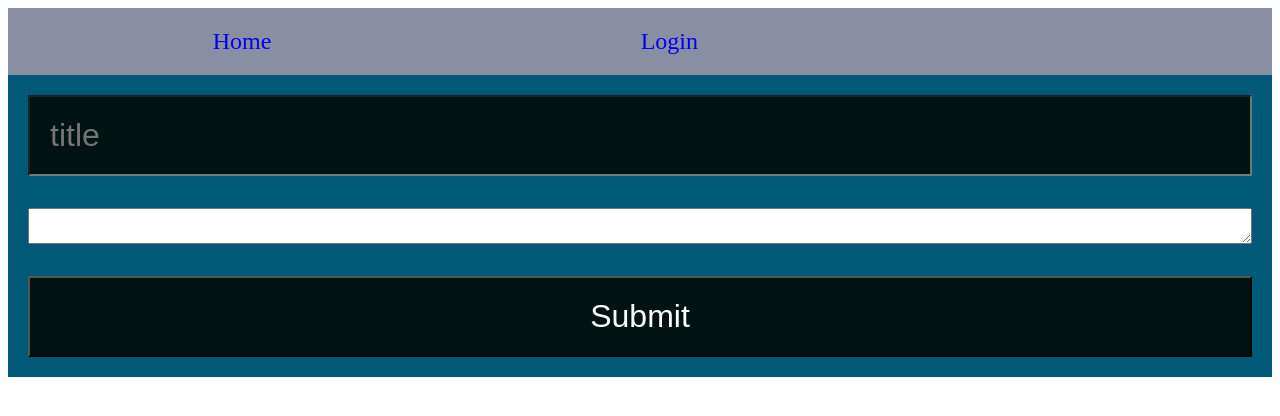
Repository: albinsabu2023/postapp
Page: /createpost
The author's editor kept a copy of each file at every save. The page is drawn from the files as they stood at one save, then again after the next save.
The browser window is 1280 px wide. The pictures show the whole page.
The project was rebuilt for these pictures with package versions that can differ from the ones it lists, and the page was loaded fresh each time. Also part of the build but not shown: src/Components/Home.tsx, src/Components/Login.tsx.

Above is the page before, as saved 2024-02-05 11:22:42.

### src/App.tsx
import  {BrowserRouter as Router,Routes,Route} from "react-router-dom"
import './App.css';
import Home from "./Components/Home";
import Login from "./Components/Login";
import Navbar from "./Components/Navbar";
import CreatePosts from "./create-post/CreatePosts";


function App() {
  return (
    <div className="App">
      <Router>
         <Navbar/>
        <Routes>
          <Route path ="/" element={<Home/>}/>
          <Route path="/login" element={<Login/>}/>
          <Route path="/createpost" element={<CreatePosts/>}/>
        </Routes>
      </Router>
    </div>
  );
}

export default App;

### src/Components/Navbar.tsx
import React from 'react'
import { Link } from 'react-router-dom'
import  "./Navbar.css"
import {auth } from  "../config/firebase"
import { useAuthState } from 'react-firebase-hooks/auth'
import { signOut } from 'firebase/auth'
function Navbar() {
    const  [user] =useAuthState(auth);
    const signUserOut =async ()=>{
        await signOut(auth);
    }
  return (
    <div className="navContainer">
        <Link to ="/">Home</Link>

        {
            !user ?
            <Link to ="Login">Login</Link> :
            <Link to ="/createpost">CreatePost</Link>
        }
        <div>
            {user&&
            <>
            <p>{user?.displayName}</p>
            <img src={user?.photoURL|| "" } alt="" width="30" height="30"
            />
            <button onClick={signUserOut}>Logout</button>
            </>
            }
        </div>


    </div>
  )
}

export default Navbar

### src/create-post/CreatePosts.tsx
import React from 'react'
import CreateForm from './CreateForm'
import "./CreateForm.css"
function CreatePosts() {



  return (
    <div>
        <CreateForm/>
    </div>
  )
}

export default CreatePosts

### src/config/firebase.ts
// Import the functions you need from the SDKs you need
import { initializeApp } from "firebase/app";
import {getAuth,GoogleAuthProvider} from "firebase/auth"
// Your web app's Firebase configuration
import {getFirestore} from "firebase/firestore"
const firebaseConfig = {
  apiKey: "AIzaSyAXzQPkCsYKttYouVkFv4r2aLbj-85i5zE",
  authDomain: "react-course-dd6fc.firebaseapp.com",
  projectId: "react-course-dd6fc",
  storageBucket: "react-course-dd6fc.appspot.com",
  messagingSenderId: "692642929267",
  appId: "1:692642929267:web:22ba5d27ba69920755e806"
};
// Initialize Firebase
const app = initializeApp(firebaseConfig);
export const auth=getAuth(app);
export const provider = new GoogleAuthProvider();
export const db=getFirestore(app)

### src/Components/Navbar.css
.navContainer{
    display: flex;
    align-items: center;
    justify-content: space-around;
    background-color: rgb(138, 142, 162);
    padding: 20px;



}
.navContainer :link{
    text-decoration:none;
    text-decoration-color: rgb(128, 127, 127);
    font-size: x-large;

}

### src/create-post/CreateForm.tsx
import React from 'react'

import {useForm} from  "react-hook-form"
import { useAuthState } from 'react-firebase-hooks/auth'
import {yupResolver} from "@hookform/resolvers/yup"
import * as yup from "yup"
import  {db,auth} from "../config/firebase"
import { addDoc,collection } from 'firebase/firestore'

interface CreateFormData {
  title:string,
  description:string,

}

function CreateForm() {
  const [user] =useAuthState(auth);
  const schema=yup.object().shape({
  title:yup.string().required("enter the title"),
  description:yup.string().required("enter the description"),
  })

  const {register,handleSubmit,formState :{errors}}=useForm<CreateFormData>({
    resolver:yupResolver(schema),
  })
  const postsRef= collection(db,"posts");
  const createPost = async (data:CreateFormData)=>{
      await addDoc(postsRef,{
        title:data.title,
        description:data.description,
        username :user?.displayName,
        userId:user?.uid,

      })
  }
  return (
    <form onSubmit={handleSubmit(createPost)}>
        <input type="text"  placeholder='title' {...register("title")}/>
        <p>{errors.title?.message}</p>
        <textarea maxLength={300} {...register("description")}/>
        <p>{errors.description?.message}</p>
        <input type="submit"  />
    </form>
  )
}

export default CreateForm

### src/create-post/CreateForm.css
form{
    display: flex;
    flex-direction:column;
    padding: 20px;
    background-color: rgb(0, 89, 118);

}
form input{
    background-color: rgb(0, 18, 18);
    padding: 20px;
    color: white;
    font-size: xx-large;
}

Loaded but not shown: public/index.html (common file); src/index.tsx (common file); src/App.css (common file)

After the next save:
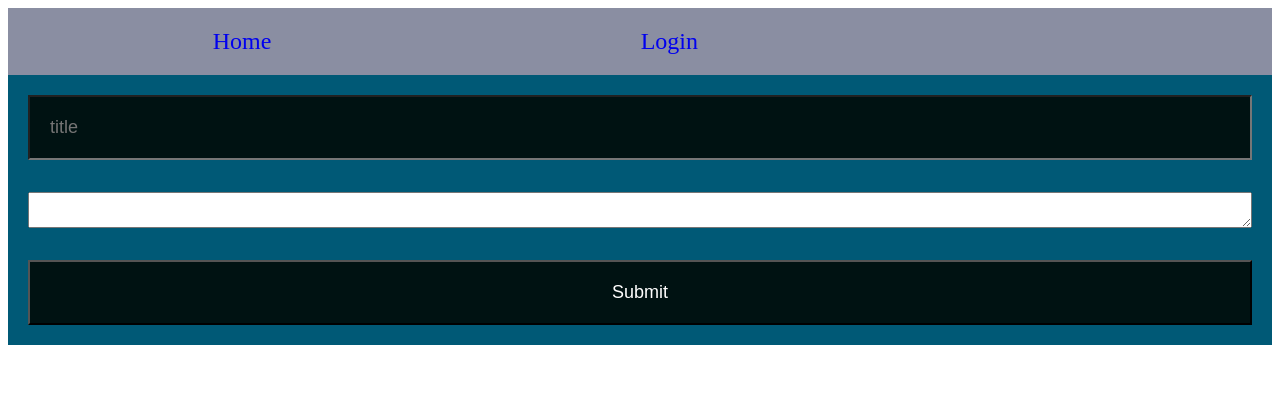
Saved 5 s later.
--- a/src/create-post/CreateForm.css
+++ b/src/create-post/CreateForm.css
@@ -9,5 +9,5 @@ form input{
     background-color: rgb(0, 18, 18);
     padding: 20px;
     color: white;
-    font-size: xx-large;
+    font-size: large;
 }
